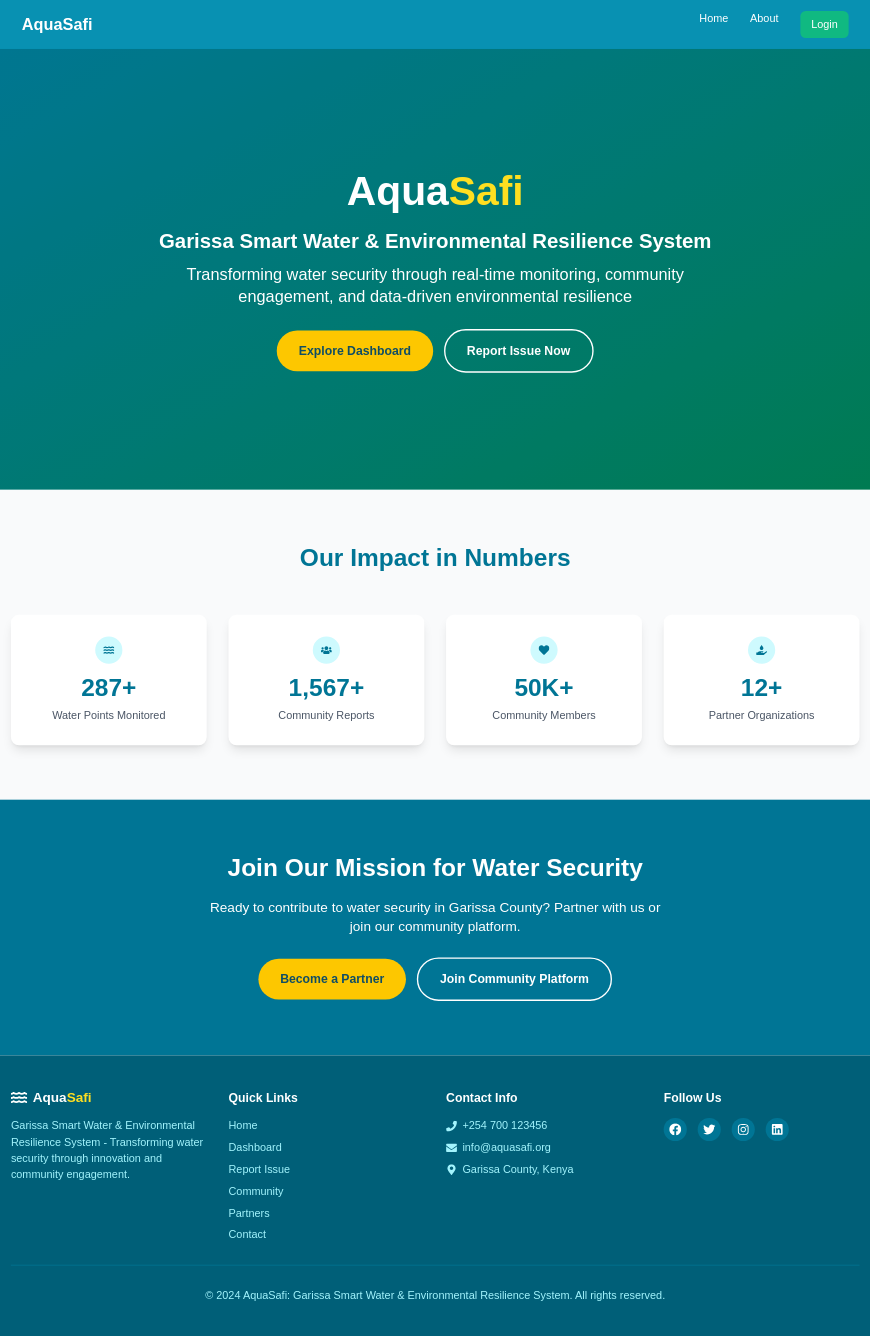
Repository: ibro-pro/AquaSafi-Garissa-county-Smart-water
Page: / (app in frontend/)
An editor plug-in stored every save of this project. The page is shown before and after the next save, followed by the edit.
The browser window is 1280 px wide. The pictures show the whole page, at 68% of full size.
The project was rebuilt for these pictures with package versions that can differ from the ones it lists, and the page was loaded fresh each time. Also part of the build but not shown: frontend/src/components/LoginPopup.jsx.

Above is the page before, as saved 2025-09-30 17:31:59.

### frontend/src/index.css
@import "tailwindcss";

body {
  margin: 0;
  padding: 0;
  font-family: Arial, sans-serif;
}

### frontend/src/App.jsx
import React from 'react'
import { BrowserRouter, Routes, Route, Link } from 'react-router-dom'
import TestHome from './pages/TestHome'
import ProfessionalNavbar from './components/ProfessionalNavbar'

const SimpleNavbar = () => (
  <nav style={{
    position: 'fixed',
    top: 0,
    left: 0,
    right: 0,
    zIndex: 1000,
    backgroundColor: '#0891b2',
    padding: '1rem 2rem',
    display: 'flex',
    justifyContent: 'space-between',
    alignItems: 'center'
  }}>
    <h1 style={{ color: 'white', fontSize: '1.5rem', fontWeight: 'bold', margin: 0 }}>
      AquaSafi
    </h1>
    <div style={{ display: 'flex', gap: '2rem' }}>
      <Link to="/" style={{ color: 'white', textDecoration: 'none' }}>Home</Link>
      <Link to="/about" style={{ color: 'white', textDecoration: 'none' }}>About</Link>
      <button style={{
        backgroundColor: '#10b981',
        color: 'white',
        border: 'none',
        padding: '0.5rem 1rem',
        borderRadius: '0.5rem',
        cursor: 'pointer'
      }}>
        Login
      </button>
    </div>
  </nav>
)

const HomePage = () => (
  <div style={{
    minHeight: '100vh',
    display: 'flex',
    alignItems: 'center',
    justifyContent: 'center',
    background: 'linear-gradient(135deg, #0891b2, #10b981)',
    color: 'white',
    fontSize: '3rem',
    fontWeight: 'bold',
    textAlign: 'center',
    paddingTop: '80px'
  }}>
    🌊 AquaSafi Home 🌊
  </div>
)

const AboutPage = () => (
  <div style={{
    minHeight: '100vh',
    display: 'flex',
    alignItems: 'center',
    justifyContent: 'center',
    background: 'linear-gradient(135deg, #10b981, #0891b2)',
    color: 'white',
    fontSize: '3rem',
    fontWeight: 'bold',
    textAlign: 'center',
    paddingTop: '80px'
  }}>
    📖 About AquaSafi 📖
  </div>
)

function App() {
  return (
    <BrowserRouter>
      <SimpleNavbar />
      <Routes>
        <Route path="/" element={<TestHome />} />
        <Route path="/about" element={<AboutPage />} />
      </Routes>
    </BrowserRouter>
  )
}

export default App

### frontend/src/pages/TestHome.jsx
import React from 'react';
import { Link } from 'react-router-dom';
import {
  FaWater,
  FaMapMarkerAlt,
  FaUsers,
  FaChartLine,
  FaMobileAlt,
  FaShieldAlt,
  FaHandHoldingWater,
  FaHeart,
  FaQuoteLeft,
  FaPhone,
  FaEnvelope,
  FaFacebook,
  FaTwitter,
  FaInstagram,
  FaLinkedin
} from 'react-icons/fa';

const TestHome = () => {
  return (
    <div className="min-h-screen bg-white">
      {/* Hero Section */}
      <section className="relative min-h-screen flex items-center justify-center bg-gradient-to-br from-cyan-600 to-emerald-600 pt-20">
        <div className="absolute inset-0 bg-black opacity-20"></div>
        <div className="relative container mx-auto px-4 text-center text-white">
          <h1 className="text-4xl md:text-6xl font-bold mb-6">
            Aqua<span className="text-yellow-300">Safi</span>
          </h1>
          <h2 className="text-2xl md:text-3xl font-semibold mb-4">
            Garissa Smart Water & Environmental Resilience System
          </h2>
          <p className="text-xl md:text-2xl mb-8 max-w-3xl mx-auto">
            Transforming water security through real-time monitoring, community engagement, and data-driven environmental resilience
          </p>
          <div className="flex flex-col sm:flex-row gap-4 justify-center items-center">
            <Link
              to="/dashboard"
              className="bg-yellow-400 hover:bg-yellow-500 text-cyan-900 font-bold px-8 py-4 rounded-full text-lg transition duration-300 transform hover:scale-105 inline-block"
            >
              Explore Dashboard
            </Link>
            <button className="border-2 border-white hover:bg-white hover:text-cyan-600 text-white font-bold px-8 py-4 rounded-full text-lg transition duration-300 transform hover:scale-105">
              Report Issue Now
            </button>
          </div>
        </div>
      </section>

      {/* Impact Counters - No Motion */}
      <section className="py-20 bg-gray-50">
        <div className="container mx-auto px-4">
          <h2 className="text-3xl md:text-4xl font-bold text-center text-cyan-700 mb-16">
            Our Impact in Numbers
          </h2>
          <div className="grid grid-cols-1 md:grid-cols-2 lg:grid-cols-4 gap-8">
            {[
              { target: '287+', label: "Water Points Monitored", icon: <FaWater /> },
              { target: '1,567+', label: "Community Reports", icon: <FaUsers /> },
              { target: '50K+', label: "Community Members", icon: <FaHeart /> },
              { target: '12+', label: "Partner Organizations", icon: <FaHandHoldingWater /> }
            ].map((stat, index) => (
              <div
                key={index}
                className="bg-white p-8 rounded-xl shadow-lg text-center hover:shadow-xl transition duration-300"
              >
                <div className="text-cyan-700 mb-4 flex justify-center">
                  <div className="p-3 bg-cyan-100 rounded-full">
                    {stat.icon}
                  </div>
                </div>
                <div className="text-4xl font-bold text-cyan-700 mb-2">
                  {stat.target}
                </div>
                <div className="text-gray-600 font-medium">{stat.label}</div>
              </div>
            ))}
          </div>
        </div>
      </section>

      {/* Simple CTA Section */}
      <section className="py-20 bg-cyan-700 text-white">
        <div className="container mx-auto px-4 text-center">
          <h2 className="text-3xl md:text-4xl font-bold mb-6">
            Join Our Mission for Water Security
          </h2>
          <p className="text-xl mb-8 max-w-2xl mx-auto">
            Ready to contribute to water security in Garissa County? Partner with us or join our community platform.
          </p>
          <div className="flex flex-col sm:flex-row gap-4 justify-center items-center">
            <button className="bg-yellow-400 hover:bg-yellow-500 text-cyan-900 font-bold px-8 py-4 rounded-full text-lg transition duration-300 transform hover:scale-105">
              Become a Partner
            </button>
            <button className="border-2 border-white text-white hover:bg-white hover:text-cyan-600 font-bold px-8 py-4 rounded-full text-lg transition duration-300 transform hover:scale-105">
              Join Community Platform
            </button>
          </div>
        </div>
      </section>

      {/* Footer */}
      <footer className="bg-cyan-800 text-white py-12">
        <div className="container mx-auto px-4">
          <div className="grid grid-cols-1 md:grid-cols-4 gap-8">
            <div>
              <div className="flex items-center space-x-2 mb-4">
                <FaWater className="text-2xl" />
                <span className="text-xl font-bold">Aqua<span className="text-yellow-300">Safi</span></span>
              </div>
              <p className="text-cyan-200">
                Garissa Smart Water & Environmental Resilience System - Transforming water security through innovation and community engagement.
              </p>
            </div>
            <div>
              <h3 className="font-bold text-lg mb-4">Quick Links</h3>
              <ul className="space-y-2">
                {['Home', 'Dashboard', 'Report Issue', 'Community', 'Partners', 'Contact'].map((link) => (
                  <li key={link}>
                    <a href="#" className="text-cyan-200 hover:text-white transition duration-200">
                      {link}
                    </a>
                  </li>
                ))}
              </ul>
            </div>
            <div>
              <h3 className="font-bold text-lg mb-4">Contact Info</h3>
              <div className="space-y-2 text-cyan-200">
                <div className="flex items-center space-x-2">
                  <FaPhone />
                  <span>+254 700 123456</span>
                </div>
                <div className="flex items-center space-x-2">
                  <FaEnvelope />
                  <span>info@aquasafi.org</span>
                </div>
                <div className="flex items-center space-x-2">
                  <FaMapMarkerAlt />
                  <span>Garissa County, Kenya</span>
                </div>
              </div>
            </div>
            <div>
              <h3 className="font-bold text-lg mb-4">Follow Us</h3>
              <div className="flex space-x-4">
                {[FaFacebook, FaTwitter, FaInstagram, FaLinkedin].map((Icon, index) => (
                  <a
                    key={index}
                    href="#"
                    className="bg-cyan-700 hover:bg-cyan-600 p-2 rounded-full transition duration-200"
                  >
                    <Icon className="text-lg" />
                  </a>
                ))}
              </div>
            </div>
          </div>
          <div className="border-t border-cyan-700 mt-8 pt-8 text-center text-cyan-200">
            <p>&copy; 2024 AquaSafi: Garissa Smart Water & Environmental Resilience System. All rights reserved.</p>
          </div>
        </div>
      </footer>
    </div>
  );
};

export default TestHome;

### frontend/src/components/ProfessionalNavbar.jsx
import React, { useState, useEffect } from 'react';
import { NavLink, useLocation, Link } from 'react-router-dom';
import { AnimatePresence } from 'framer-motion';
import LoginPopup from './LoginPopup';
import {
  FaWater,
  FaBars,
  FaTimes,
  FaChevronDown,
  FaHome,
  FaInfoCircle,
  FaPhone,
  FaChartLine,
  FaUsers,
  FaMobileAlt,
  FaCog,
  FaMapMarkerAlt
} from 'react-icons/fa';

const ProfessionalNavbar = () => {
  const [isMenuOpen, setIsMenuOpen] = useState(false);
  const [activeDropdown, setActiveDropdown] = useState(null);
  const [scrolled, setScrolled] = useState(false);
  const [showLogin, setShowLogin] = useState(false);
  const location = useLocation();

  useEffect(() => {
    const handleScroll = () => {
      setScrolled(window.scrollY > 20);
    };
    window.addEventListener('scroll', handleScroll);
    return () => window.removeEventListener('scroll', handleScroll);
  }, []);

  const navigationItems = [
    { name: 'Home', href: '/', icon: FaHome },
    { name: 'About', href: '/about', icon: FaInfoCircle },
    {
      name: 'Services',
      href: '/services',
      icon: FaChartLine,
      dropdown: [
        { name: 'Water Monitoring', href: '/services/monitoring', icon: FaWater },
        { name: 'Community Engagement', href: '/services/community', icon: FaUsers },
        { name: 'Mobile Solutions', href: '/services/mobile', icon: FaMobileAlt },
        { name: 'Data Analytics', href: '/services/analytics', icon: FaChartLine }
      ]
    },
    { name: 'Contact', href: '/contact', icon: FaPhone }
  ];

  const toggleDropdown = (itemName) => {
    setActiveDropdown(activeDropdown === itemName ? null : itemName);
  };

  const closeDropdowns = () => {
    setActiveDropdown(null);
  };

  const toggleMenu = () => {
    setIsMenuOpen(!isMenuOpen);
    closeDropdowns();
  };

  return (
    <nav
      className={`fixed top-0 left-0 right-0 z-50 transition-all duration-300 ${
        scrolled
          ? 'bg-white/95 backdrop-blur-md shadow-lg'
          : 'bg-transparent'
      }`}
    >
      <div className="container mx-auto px-4">
        <div className="flex items-center justify-between h-16 md:h-20">
          {/* Logo */}
          <div className="flex items-center space-x-3">
            <div className="relative">
              <FaWater className="text-2xl md:text-3xl text-cyan-600" />
              <div className="absolute -top-1 -right-1 w-2 h-2 bg-emerald-400 rounded-full animate-pulse"></div>
            </div>
            <div>
              <Link to="/" className="text-xl md:text-2xl font-bold bg-gradient-to-r from-cyan-600 to-emerald-600 bg-clip-text text-transparent">
                AquaSafi
              </Link>
              <p className="text-xs text-gray-600 -mt-1">Water Management</p>
            </div>
          </div>

          {/* Desktop Navigation */}
          <div className="hidden lg:flex items-center space-x-8">
            {navigationItems.map((item) => (
              <div key={item.name} className="relative group">
                {item.dropdown ? (
                  <div>
                    <button
                      onClick={() => toggleDropdown(item.name)}
                      className={`flex items-center space-x-1 px-4 py-2 rounded-full transition-all duration-200 ${
                        location.pathname.startsWith(item.href)
                          ? 'bg-gradient-to-r from-cyan-500 to-emerald-500 text-white shadow-lg'
                          : scrolled
                            ? 'text-gray-700 hover:text-cyan-600 hover:bg-cyan-50'
                            : 'text-white hover:text-cyan-200 hover:bg-white/10'
                      }`}
                    >
                      <item.icon className="text-sm" />
                      <span className="font-medium">{item.name}</span>
                      <FaChevronDown className={`text-xs transition-transform duration-200 ${
                        activeDropdown === item.name ? 'rotate-180' : ''
                      }`} />
                    </button>

                    {activeDropdown === item.name && (
                      <div className="absolute top-full left-0 mt-2 w-64 bg-white rounded-xl shadow-xl border border-gray-100 py-2 z-50">
                        {item.dropdown.map((dropdownItem) => (
                          <NavLink
                            key={dropdownItem.name}
                            to={dropdownItem.href}
                            onClick={closeDropdowns}
                            className={({ isActive }) =>
                              `flex items-center space-x-3 px-4 py-3 transition-colors duration-200 ${
                                isActive
                                  ? 'bg-gradient-to-r from-cyan-50 to-emerald-50 text-cyan-700 border-r-2 border-cyan-500'
                                  : 'text-gray-700 hover:bg-gray-50'
                              }`
                            }
                          >
                            <dropdownItem.icon className="text-cyan-600" />
                            <div>
                              <span className="font-medium">{dropdownItem.name}</span>
                            </div>
                          </NavLink>
                        ))}
                      </div>
                    )}
                  </div>
                ) : (
                  <NavLink
                    to={item.href}
                    className={({ isActive }) =>
                      `flex items-center space-x-2 px-4 py-2 rounded-full transition-all duration-200 ${
                        isActive
                          ? 'bg-gradient-to-r from-cyan-500 to-emerald-500 text-white shadow-lg'
                          : scrolled
                            ? 'text-gray-700 hover:text-cyan-600 hover:bg-cyan-50'
                            : 'text-white hover:text-cyan-200 hover:bg-white/10'
                      }`
                    }
                  >
                    <item.icon className="text-sm" />
                    <span className="font-medium">{item.name}</span>
                  </NavLink>
                )}
              </div>
            ))}

            {/* Login Buttons */}
            <div className="flex items-center space-x-3 ml-6">
              <button
                onClick={() => setShowLogin(true)}
                className={`px-4 py-2 rounded-full font-medium transition-all duration-200 ${
                  scrolled
                    ? 'text-cyan-600 hover:text-cyan-700 hover:bg-cyan-50'
                    : 'text-white hover:text-cyan-200 hover:bg-white/10'
                }`}
              >
                Login
              </button>
              <button
                onClick={() => setShowLogin(true)}
                className="px-6 py-2 bg-gradient-to-r from-cyan-500 to-emerald-500 text-white rounded-full font-medium hover:from-cyan-600 hover:to-emerald-600 transition-all duration-200 shadow-lg hover:shadow-xl"
              >
                Sign Up
              </button>
            </div>
          </div>

          {/* Mobile Menu Button */}
          <button
            onClick={toggleMenu}
            className={`lg:hidden p-2 rounded-lg transition-colors duration-200 ${
              scrolled
                ? 'text-gray-700 hover:bg-gray-100'
                : 'text-white hover:bg-white/10'
            }`}
          >
            {isMenuOpen ? <FaTimes size={24} /> : <FaBars size={24} />}
          </button>
        </div>

        {/* Mobile Menu */}
        {isMenuOpen && (
          <div className="lg:hidden">
            <div className="px-2 pt-2 pb-3 space-y-1 bg-white rounded-lg shadow-lg border border-gray-100 mt-2">
              {navigationItems.map((item) => (
                <div key={item.name}>
                  {item.dropdown ? (
                    <div>
                      <button
                        onClick={() => toggleDropdown(item.name)}
                        className="w-full flex items-center justify-between px-3 py-2 rounded-md text-gray-700 hover:bg-gray-50"
                      >
                        <div className="flex items-center space-x-2">
                          <item.icon />
                          <span>{item.name}</span>
                        </div>
                        <FaChevronDown className={`transition-transform duration-200 ${
                          activeDropdown === item.name ? 'rotate-180' : ''
                        }`} />
                      </button>

                      {activeDropdown === item.name && (
                        <div className="ml-4 mt-1 space-y-1">
                          {item.dropdown.map((dropdownItem) => (
                            <NavLink
                              key={dropdownItem.name}
                              to={dropdownItem.href}
                              onClick={() => {
                                setIsMenuOpen(false);
                                closeDropdowns();
                              }}
                              className={({ isActive }) =>
                                `flex items-center space-x-2 px-3 py-2 rounded-md transition-colors duration-200 ${
                                  isActive
                                    ? 'bg-cyan-50 text-cyan-700'
                                    : 'text-gray-600 hover:bg-gray-50'
                                }`
                              }
                            >
                              <dropdownItem.icon />
                              <span>{dropdownItem.name}</span>
                            </NavLink>
                          ))}
                        </div>
                      )}
                    </div>
                  ) : (
                    <NavLink
                      to={item.href}
                      onClick={() => setIsMenuOpen(false)}
                      className={({ isActive }) =>
                        `flex items-center space-x-2 px-3 py-2 rounded-md transition-colors duration-200 ${
                          isActive
                            ? 'bg-cyan-50 text-cyan-700'
                            : 'text-gray-700 hover:bg-gray-50'
                        }`
                      }
                    >
                      <item.icon />
                      <span>{item.name}</span>
                    </NavLink>
                  )}
                </div>
              ))}

              <div className="pt-4 mt-4 border-t border-gray-200">
                <button
                  onClick={() => {
                    setShowLogin(true);
                    setIsMenuOpen(false);
                  }}
                  className="w-full text-left px-3 py-2 text-gray-700 hover:bg-gray-50 rounded-md"
                >
                  Login
                </button>
                <button
                  onClick={() => {
                    setShowLogin(true);
                    setIsMenuOpen(false);
                  }}
                  className="w-full text-left px-3 py-2 bg-gradient-to-r from-cyan-500 to-emerald-500 text-white rounded-md mt-2 hover:from-cyan-600 hover:to-emerald-600"
                >
                  Sign Up
                </button>
              </div>
            </div>
          </div>
        )}
      </div>

      {/* Login Popup */}
      <AnimatePresence>
        {showLogin && (
          <LoginPopup
            onClose={() => setShowLogin(false)}
            onLogin={() => setShowLogin(false)}
          />
        )}
      </AnimatePresence>
    </nav>
  );
};

export default ProfessionalNavbar;

Loaded but not shown: frontend/index.html (common file); frontend/src/main.jsx (common file)

After the next save:
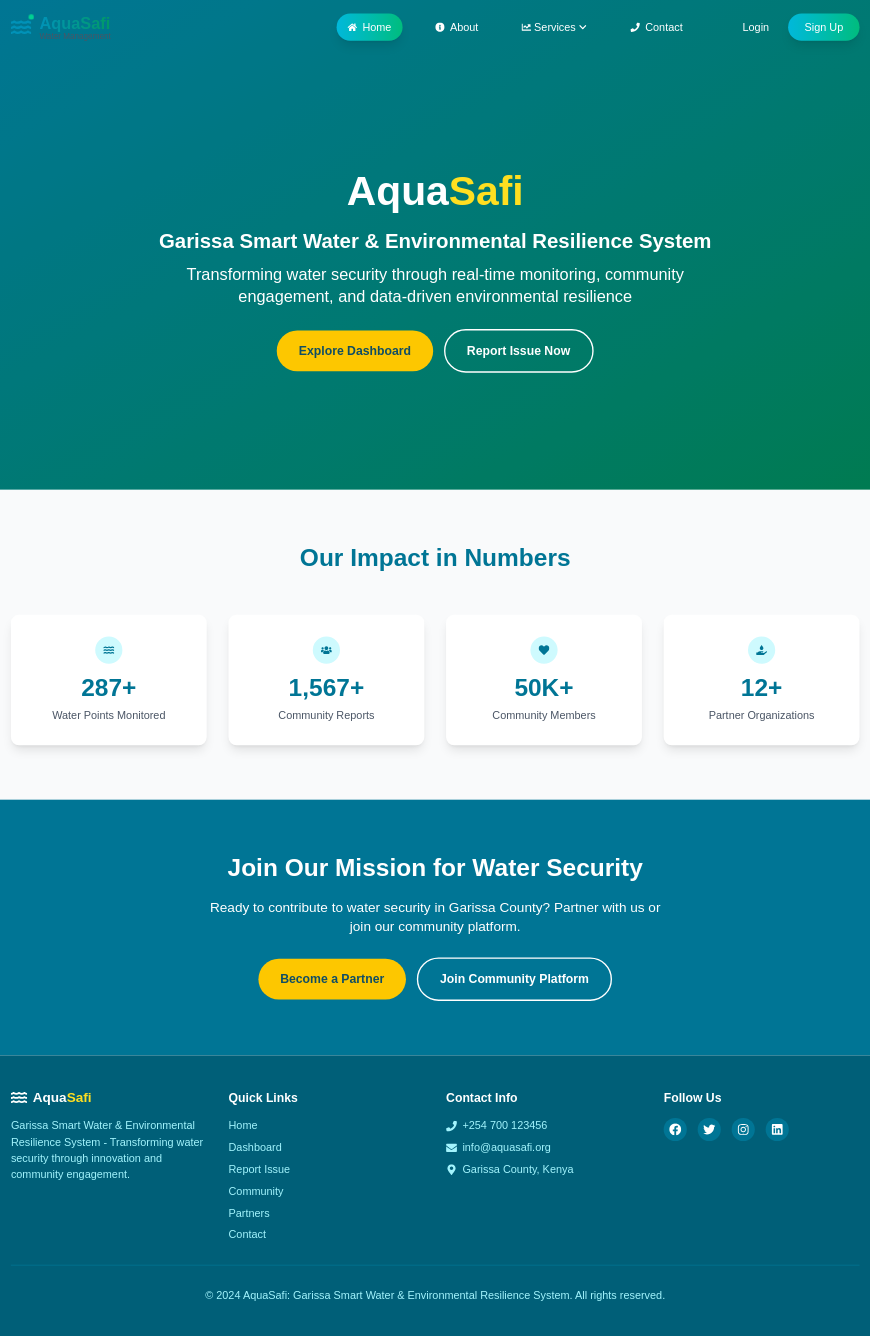
Saved 13 s later.
--- a/frontend/src/App.jsx
+++ b/frontend/src/App.jsx
@@ -73,7 +73,7 @@
 function App() {
   return (
     <BrowserRouter>
-      <SimpleNavbar />
+      <ProfessionalNavbar />
       <Routes>
         <Route path="/" element={<TestHome />} />
         <Route path="/about" element={<AboutPage />} />
